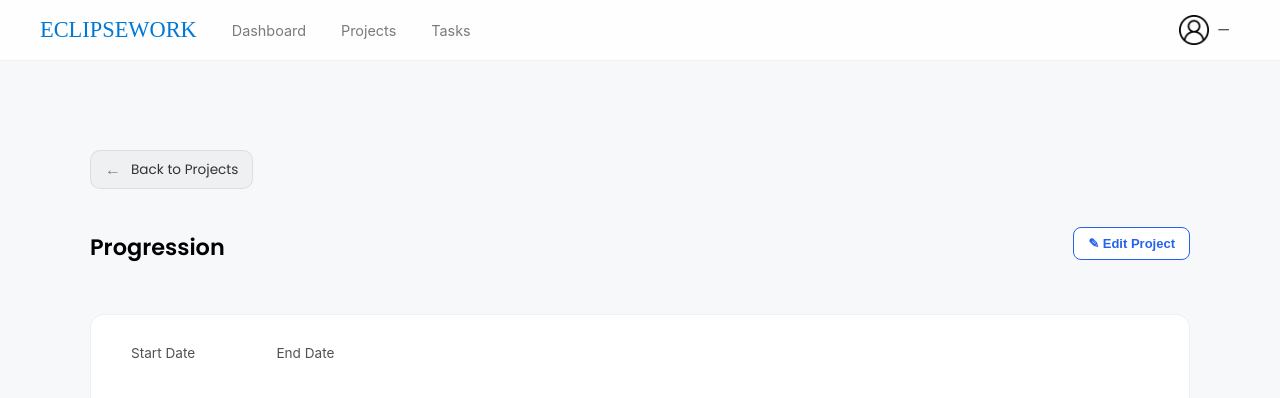
Repository: lynaannou/work-management-app
Page: src/main/resources/ressources/view/workspace.html
An editor plug-in stored every save of this project. The page is shown before and after the next save, followed by the edit.
The browser window is 1280 px wide. The pictures show the whole page.
Some web fonts or font styles are not loaded; a fallback is used.

Above is the page before, as saved 2025-12-25 11:29:52.

After the next save:
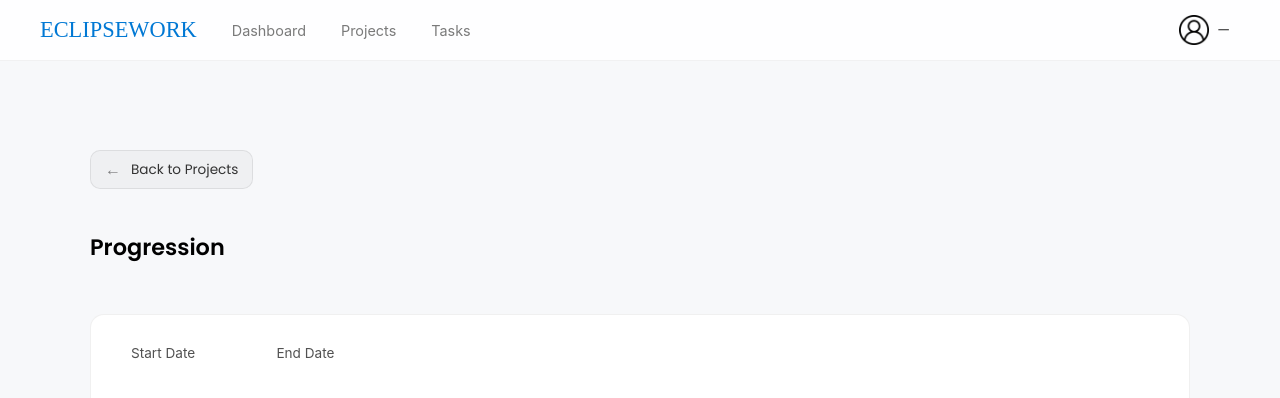
Saved 17 min 28 s later.
--- a/src/main/resources/ressources/view/workspace.html
+++ b/src/main/resources/ressources/view/workspace.html
@@ -15,7 +15,7 @@
 ===================================================== -->
 <script>
 window.loadDashboard = function (data) {
-    console.log("✅ loadDashboard CALLED");
+    console.log("✅ loadDashboard CALLED", Date.now());
     console.log(data);
 
     if (!data || !data.workspace) {
@@ -35,21 +35,21 @@ window.loadDashboard = function (data) {
     }
 
     /* ===============================
-       EDIT BUTTON (ROLE-BASED)
+       EDIT BUTTON (ROLE-SAFE)
     =============================== */
-    requestAnimationFrame(() => {
-        const editBtn = document.querySelector(".edit-btn");
+    const editBtn = document.querySelector(".edit-btn");
 
+    if (editBtn) {
         console.log("🔴 currentUserRole =", data.currentUserRole);
 
-        if (!editBtn) {
-            console.error("❌ edit-btn not found");
-            return;
+        // ✅ SHOW ONCE AND LOCK
+        if (data.currentUserRole === "LEAD") {
+            editBtn.style.display = "inline-flex";
+            editBtn.dataset.visible = "true";
+            console.log("✏️ Edit button LOCKED visible");
         }
-
-        editBtn.style.display =
-            data.currentUserRole === "LEAD" ? "inline-flex" : "none";
-    });
+        // ❌ DO NOT hide it again if already visible
+    }
 
     /* ===============================
        TITLE
@@ -89,7 +89,6 @@ window.loadDashboard = function (data) {
        TIMELINE
     =============================== */
     const header = document.querySelector(".chart-header");
-
     const keepStart = header.children[0];
     const keepEnd = header.children[header.children.length - 1];
 
@@ -133,12 +132,14 @@ window.loadDashboard = function (data) {
 <section class="workspace-container">
     <button class="back-btn" onclick="goProjects()">Back to Projects</button>
 
-    <!-- ✅ HEADER ROW -->
     <div class="workspace-header">
         <h2 class="workspace-title">Progression</h2>
 
         <div class="workspace-actions">
-            <button class="edit-btn" onclick="editProject()">✎ Edit Project</button>
+            <!-- 🔒 starts hidden -->
+            <button class="edit-btn" style="display:none;" onclick="editProject()">
+                ✎ Edit Project
+            </button>
         </div>
     </div>
 
